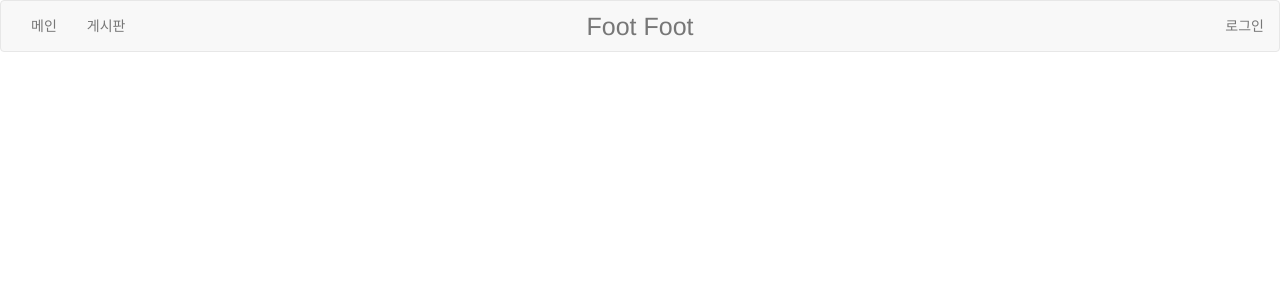
Repository: YuJunHa1/footfoot
Page: http://localhost/footfoot/main.jsp
An editor plug-in stored every save of this project. The page is shown before and after the next save, followed by the edit.
The browser window is 1280 px wide. The pictures show the whole page.
Some web libraries are served in a nearby version. The page is served by Tomcat 9.

Above is the page before, as saved 2024-10-05 07:38:40.

After the next save:
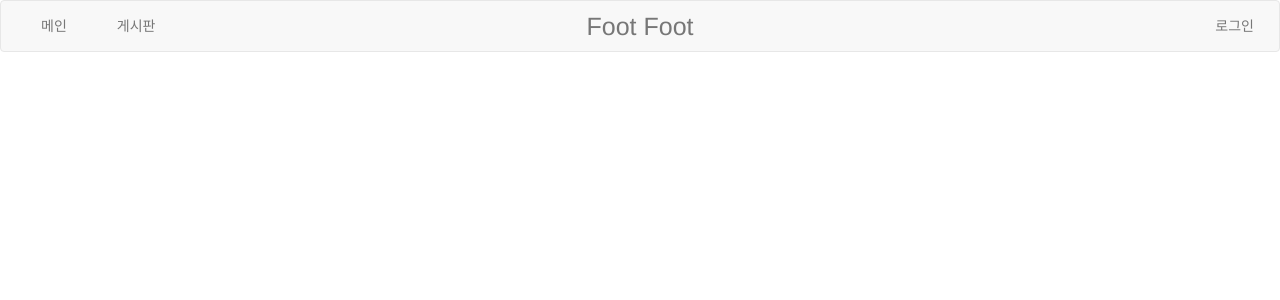
Saved 74 s later.
--- a/footfoot/src/main/webapp/main.jsp
+++ b/footfoot/src/main/webapp/main.jsp
@@ -25,11 +25,16 @@
   }
 
   .navbar-left {
-    margin-right: auto;
+    margin-right: 10px; /* 줄인 공간 */
   }
 
   .navbar-right {
-    margin-left: auto;
+    margin-left: 10px; /* 줄인 공간 */
+  }
+
+  /* 불필요한 패딩 제거 */
+  .navbar-nav > li {
+    padding: 0 10px; /* 요소들 간의 간격 조절 */
   }
 </style>
 </head>
